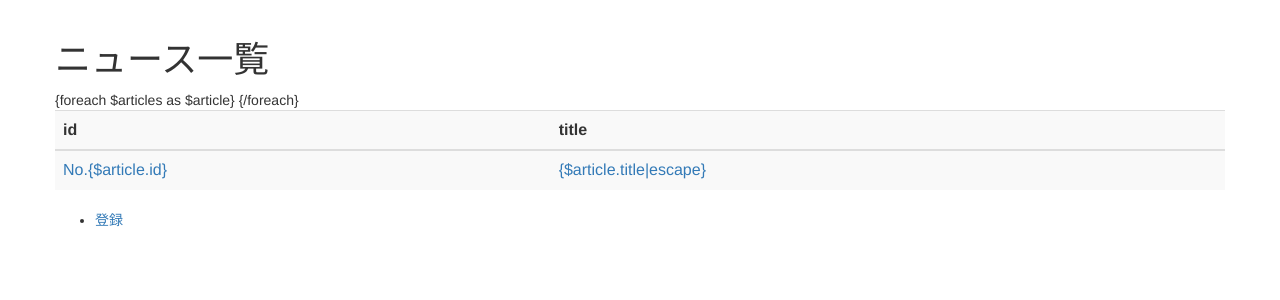
Repository: misakitaro/news-php-20160704-cl9
Page: templates/index.html
The author's editor kept a record of every edit. The page is drawn from the files as they stood at one moment, then again after the next edit.
The browser window is 1280 px wide. The pictures show the whole page.

Above is the page before.

After the next edit:
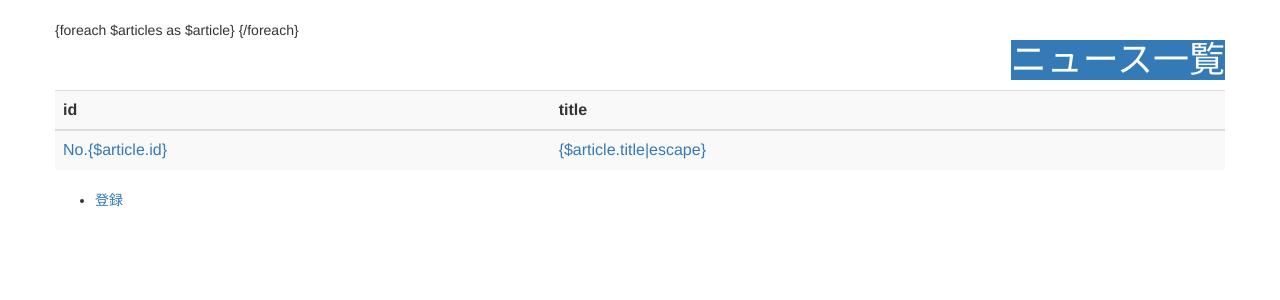
The edit:
--- a/templates/index.html
+++ b/templates/index.html
@@ -11,7 +11,9 @@
 
 <body>
   <div class="container" style="padding:20px 0">
-    <h1>ニュース一覧</h1>
+    <!-- タイトル -->
+    <h1 class="pull-right bg-primary">ニュース一覧</h1>
+
     <!-- シンプルな表示
     <ul>
       {foreach $articles as $article}
